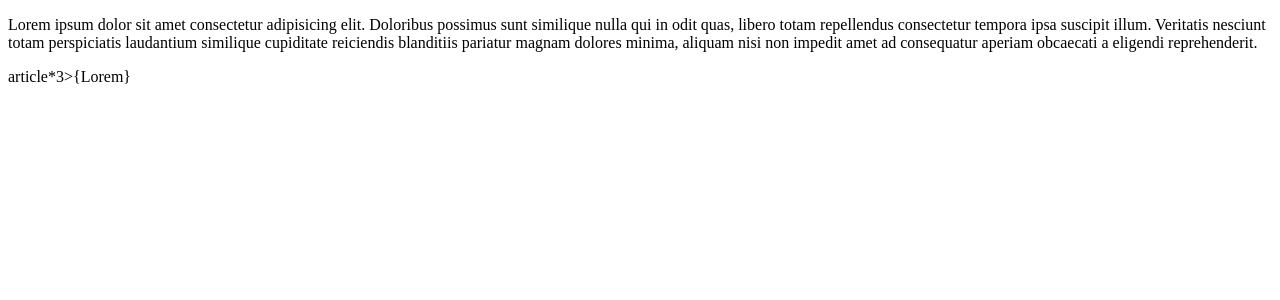
Repository: KikiMcArron/Don_Kiki_McArron
Page: index.html
An editor plug-in stored every save of this project. The page is shown before and after the next save, followed by the edit.
The browser window is 1280 px wide. The pictures show the whole page.

Above is the page before, as saved 2022-04-08 12:24:16.

After the next save:
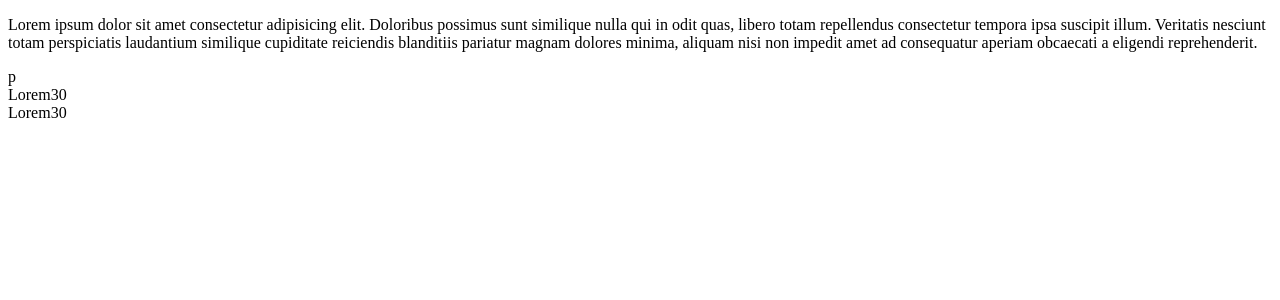
Saved 15 s later.
--- a/index.html
+++ b/index.html
@@ -23,7 +23,9 @@
             </article>
         </section>
         <section class="prev_entries">
-            article*3>{Lorem}
+            <article>p</article>
+            <article>Lorem30</article>
+            <article>Lorem30</article>
         </section>
         <section class="hitory_entries"></section>
     </main>
